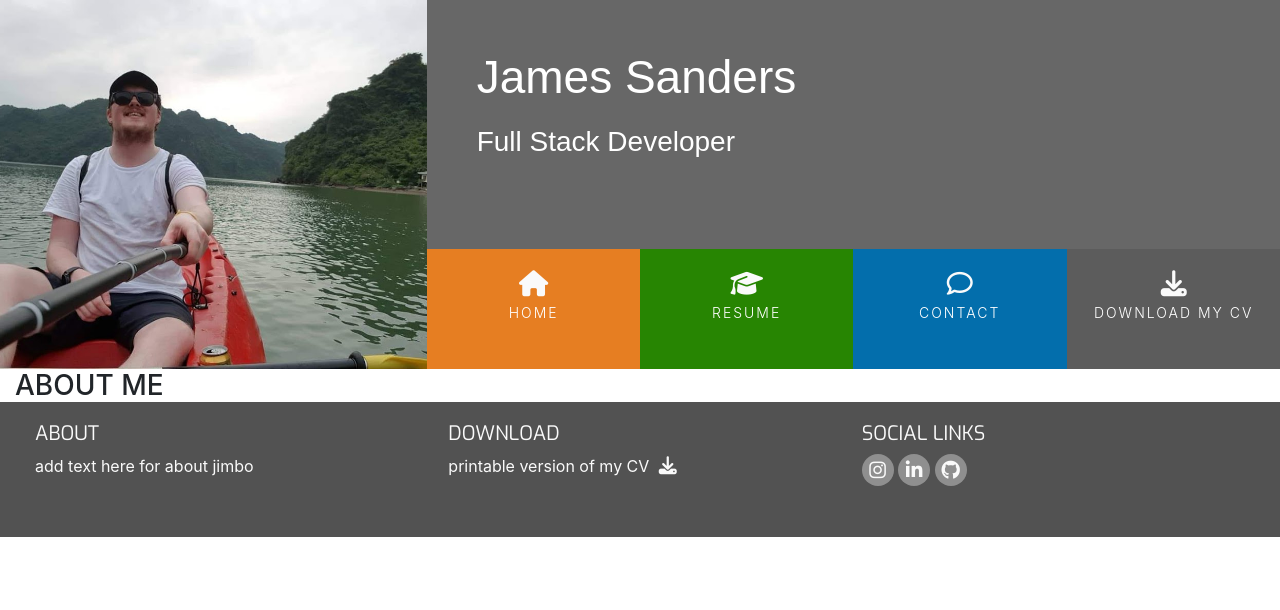
Repository: JaySanders95/my-online-resume
Page: index.html
An editor plug-in stored every save of this project. The page is shown before and after the next save, followed by the edit.
The browser window is 1280 px wide. The pictures show the whole page.
Some web fonts or font styles are not loaded; a fallback is used. Some web libraries are served in a nearby version.

Above is the page before, as saved 2023-04-19 18:40:50.

After the next save:
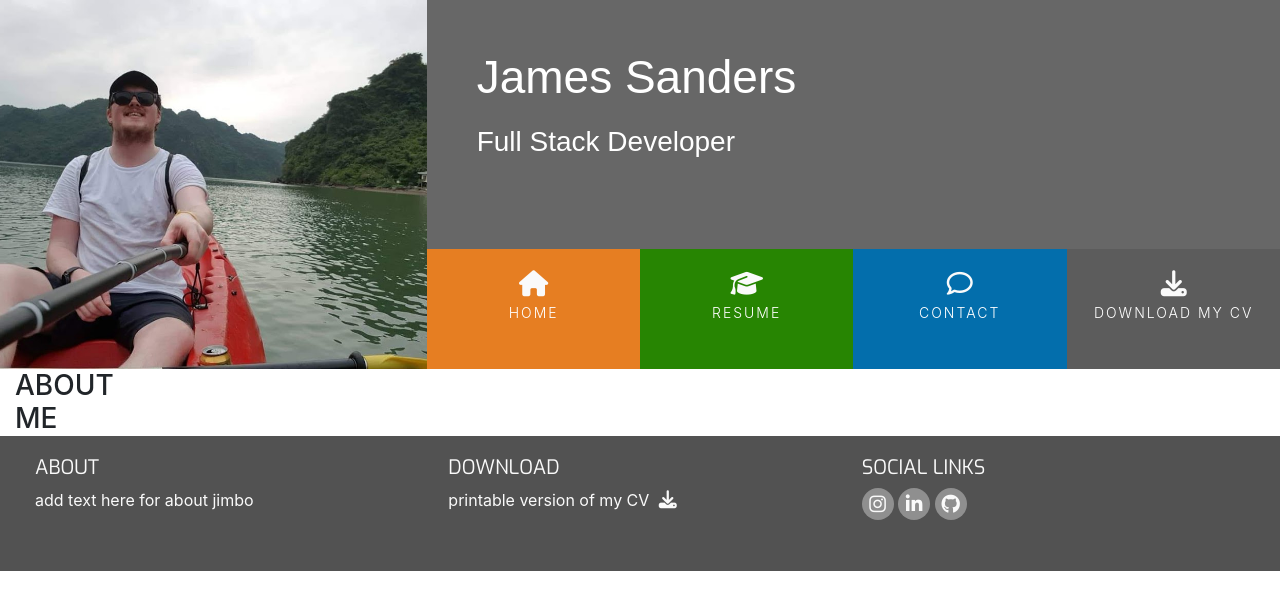
Saved 92 s later.
--- a/assets/css/style.css
+++ b/assets/css/style.css
@@ -7,6 +7,10 @@
     background-color:#676767;
 }
 
+.bg-color-three-reasons {
+    background-color: #fff;
+
+}
 
 .ui-menu-color-home {
     background-color: #e67e22;
@@ -44,6 +48,10 @@
     display: inline-block;
 }
 
+.row-table {
+    display: table;
+
+}
 
 /* ------- Headers ---------*/
 header {
